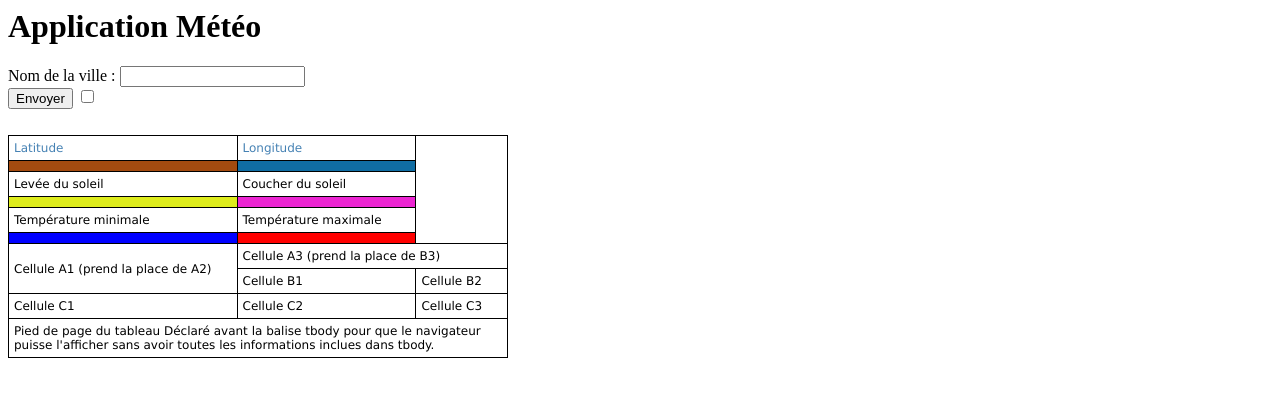
Repository: IFATech-Metz/dev-log-4
Page: projet.html
An editor plug-in stored every save of this project. The page is shown before and after the next save, followed by the edit.
The browser window is 1280 px wide. The pictures show the whole page.
The page's requests for data from a server got no answer.

Above is the page before, as saved 2019-01-21 21:16:20.

After the next save:
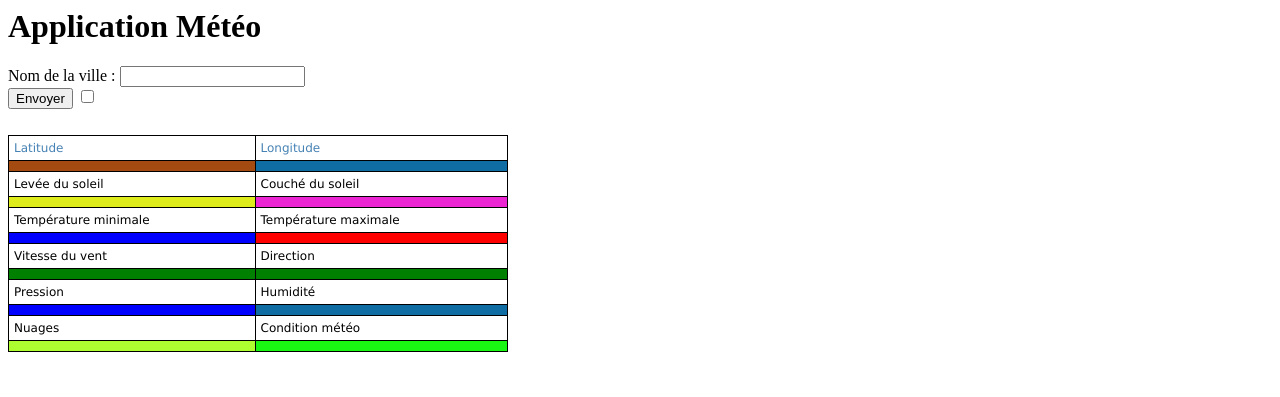
Saved 13 min 34 s later.
--- a/projet.html
+++ b/projet.html
@@ -28,23 +28,14 @@
                   <td> Longitude </td>
                </tr>
             </thead>
-            <tfoot>
-               <tr>
-                  <td colspan="3">
-                  Pied de page du tableau
-                  Déclaré avant la balise tbody pour que le navigateur puisse l'afficher
-                  sans avoir toutes les informations inclues dans tbody.
-                  </td>
-               </tr>
-            </tfoot>
             <tbody>
                 <tr>
                     <td id='latitude'> </td>
                     <td id='longitude'> </td>
                 </tr>
                 <tr>
-                    <td> Levée du soleil</td>
-                    <td> Coucher du soleil </td>
+                    <td> Lev&eacute;e du soleil</td>
+                    <td> Couch&eacute; du soleil </td>
                 </tr>
                 <tr>
                     <td id='sun_rise'> </td>
@@ -59,45 +50,31 @@
                     <td id='temp_max'> </td>
                 </tr>
                 <tr>
-                  <td rowspan="2">Cellule A1 (prend la place de A2)</td>
-                  <td colspan="2">Cellule A3 (prend la place de B3)</td>
-               </tr>
-               <tr>
-                  <td>Cellule B1</td>
-                  <td>Cellule B2</td>
-               </tr>
-               <tr>
-                  <td>Cellule C1</td>
-                  <td>Cellule C2</td>
-                  <td>Cellule C3</td>
-               </tr>
-            </tbody>
+                    <td> Vitesse du vent </td>
+                    <td> Direction </td>
+                </tr>
+                <tr>
+                    <td id='speed'> </td>
+                    <td id='direction'> </td>
+                </tr>
+                <tr>
+                    <td> Pression </td>
+                    <td> Humidit&eacute; </td>
+                </tr>
+                <tr>
+                    <td id='pressure'> </td>
+                    <td id='humidity'> </td>
+                </tr>
+                <tr>
+                    <td> Nuages </td>
+                    <td> Condition m&eacute;t&eacute;o </td>
+                </tr>
+                <tr>
+                    <td id='clouds'> </td>
+                    <td id='weather_value'> </td>
+                </tr>
+           </tbody>
          </table>
-
-
-
-
-
-
-
-
-
-        <div id="humidity">
-        </div>
-        <div id="weather_value">
-        </div>
-        <div id="pressure">
-        </div>
-        <div id="temp_min">
-        </div>
-        <div id="temp_max">
-        </div>
-        <div id="speed">
-        </div>
-        <div id="direction">
-        </div>
-        <div id="clouds">
-        </div>
 
         <img id="icon" src="">
     </body>
